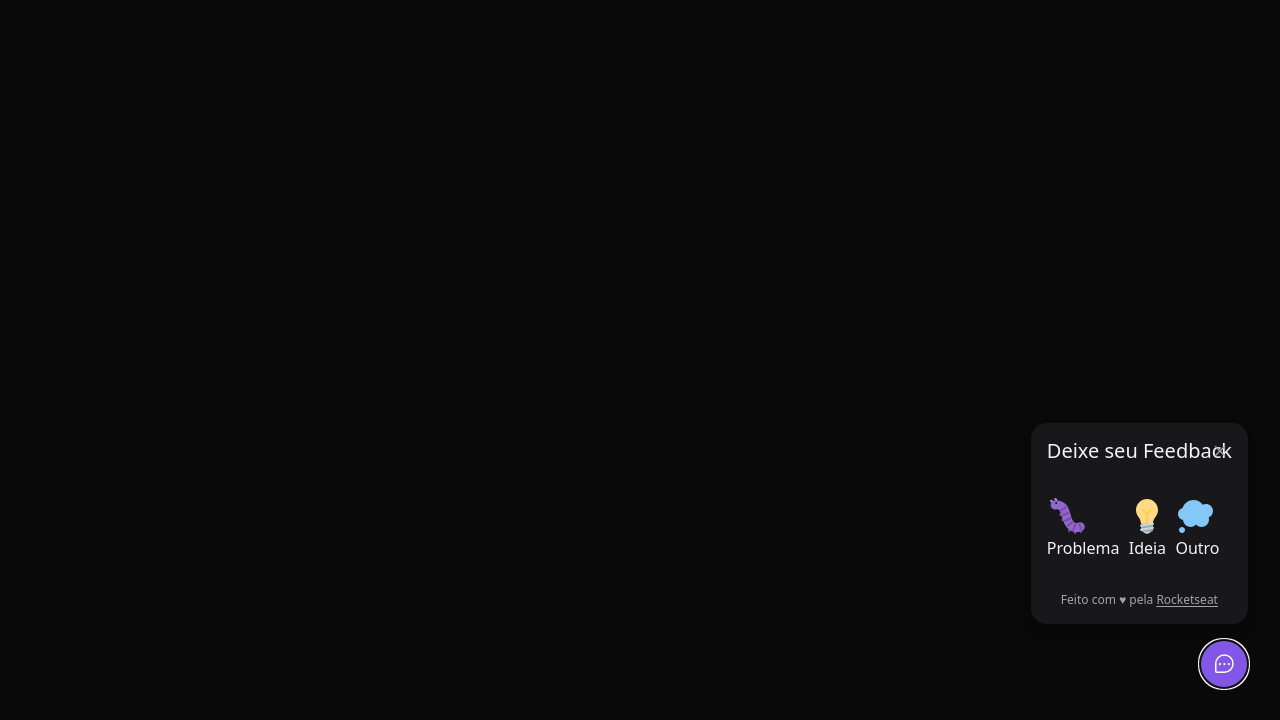
Repository: guilhermecardoso93/nlwreturn-react
Page: /, after clicking the first element matching `#headlessui-popover-button-4`
These files come from the project's save history. The page is drawn as it stood at one moment and after the next save; the edit follows.
The browser window is 1280 px wide. The pictures show the whole page.
The project was rebuilt for these pictures with package versions that can differ from the ones it lists, and the page was loaded fresh each time. Also part of the build but not shown: vite.config.ts.

Above is the page before, as saved 2022-05-03 21:21:42.

### src/main.tsx
import React from "react";
import ReactDOM from "react-dom";
import { App } from "./App";

import "./global.css";

ReactDOM.render(
  <React.StrictMode>
    <App />
  </React.StrictMode>,
  document.getElementById("root")
);

### src/App.tsx
import { Widget } from "./components/Widget";

export function App() {
  return (
    <>
      <Widget/>
    </>
  );
}

### src/global.css
@tailwind base;
@tailwind components;
@tailwind utilities;

body {
  @apply bg-[#09090a] text-zinc-100
}

### src/components/Widget.tsx
import { Popover } from "@headlessui/react";
import { ChatTeardropDots } from "phosphor-react";
import { WidgetForm } from "./WidgetForm";

export function Widget() {
  return (
    <>
      <Popover className="absolute bottom-4 right-4 md:bottom-8 md:right-8 flex flex-col items-end">
        <Popover.Panel>
          <WidgetForm/>
        </Popover.Panel>
        <Popover.Button className="bg-brand-500 rounded-full px-3 h-12 text-white flex items-center group">
          <ChatTeardropDots className="w-6 h-6" />
          <span className="max-w-0 overflow-hidden group-hover:max-w-xs transition-all duration-500 ease-linear">
            <span className="pl-2"></span>
            Feedback
          </span>
        </Popover.Button>
      </Popover>
    </>
  );
}

### src/components/WidgetForm.tsx
import { CloseButton } from "./CloseButton";

import bugImageUrl from "../assets/bug.svg";
import ideiaImageUrl from "../assets/idea.svg";
import thoughtImageUrl from "../assets/thought.svg";

const feedbackTypes = {
  BUG: {
    title: "Problema",
    image: {
      source: bugImageUrl,
      alt: "Imagem de um inseto"
    }
  },
  IDEIA: {
    title: "Ideia",
    image: {
      source: ideiaImageUrl,
      alt: "Imagem de uma lâmpada"
    }
  },
  OTHER: {
    title: "Outro",
    image: {
      source: thoughtImageUrl,
      alt: "Imagem de balão de pensamento"
    }
  }
};

export function WidgetForm() {
  return (
    <div className="bg-zinc-900 p-4 relative rounded-2xl mb-4 flex flex-col items-center shadow-lg w-[calc(100vw-2rem)] md:w-auto">
      <header>
        <span className="text-xl leading-6">Deixe seu Feedback</span>
        <CloseButton />
      </header>
      <div className="flex py-8 gap-2 w-full">
        {Object.entries(feedbackTypes).map(([key, value]) => {
          return (
            <button>
              <img src={value.image.source} alt={value.image.alt} />
              <span>{value.title}</span>
            </button>
          );
        })}
      </div>
      <footer className="text-xs text-neutral-400">
        Feito com ♥ pela{" "}
        <a
          href="https://rocketseat.com.br"
          target="_blank"
          className="underline underline-offset-2"
        >
          Rocketseat
        </a>
      </footer>
    </div>
  );
}

### src/components/CloseButton.tsx
import { Popover } from "@headlessui/react";
import { X } from "phosphor-react";

export function CloseButton() {
  return (
    <Popover.Button
      className="top-5 right-5 absolute text-zinc-400 hover:text-zinc-100"
      title="Fechar formulário de Feedback"
    >
      <X className="w-4 h-4" weight="bold" />
    </Popover.Button>
  );
}

Loaded but not shown: index.html (common file); tailwind.config.js (common file)

After the next save:
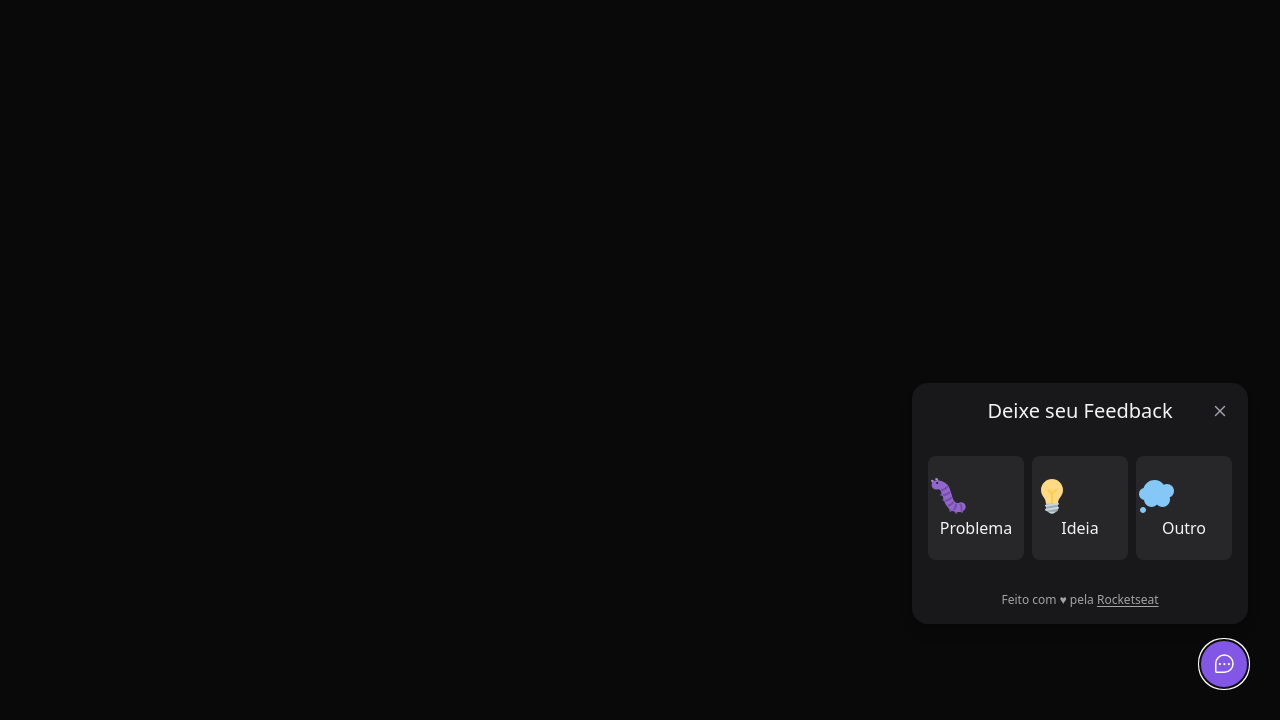
Saved 93 s later.
--- a/src/components/WidgetForm.tsx
+++ b/src/components/WidgetForm.tsx
@@ -38,7 +38,10 @@ export function WidgetForm() {
       <div className="flex py-8 gap-2 w-full">
         {Object.entries(feedbackTypes).map(([key, value]) => {
           return (
-            <button>
+            <button
+              className="bg-zinc-800 rounded-lg py-5 w-24 flex-1"
+              type='button'
+            >
               <img src={value.image.source} alt={value.image.alt} />
               <span>{value.title}</span>
             </button>
